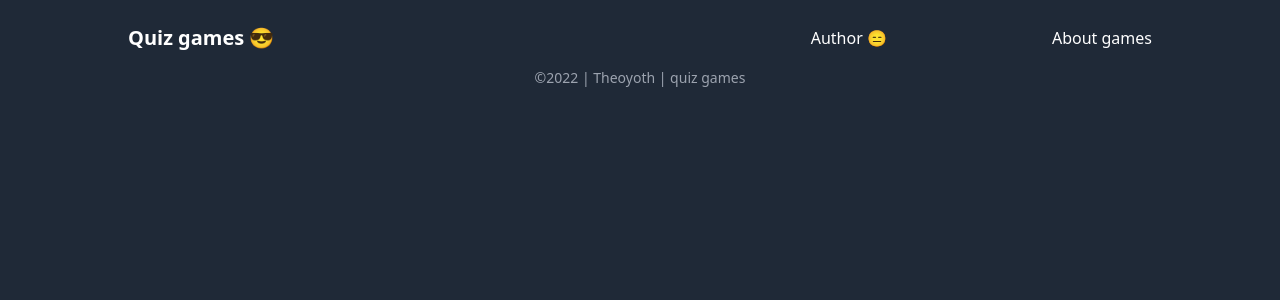
Repository: theoyoth/quiz-game
Page: /end
These files come from the project's save history. The page is drawn as it stood at one moment and after the next save; the edit follows.
The browser window is 1280 px wide. The pictures show the whole page.
The project was rebuilt for these pictures with package versions that can differ from the ones it lists, and the page was loaded fresh each time. The framework's server and built-in components were replaced by stand-ins that run in the browser. Also part of the build but not shown: nuxt.config.js, components/Loading.vue, layouts/404.vue, layouts/error.vue, layouts/errorLayout.vue. Imported but missing from the stored project, and not drawn on this page: components/EndPage.vue.

Above is the page before, as saved 2022-06-16 19:38:06.

After the next save:
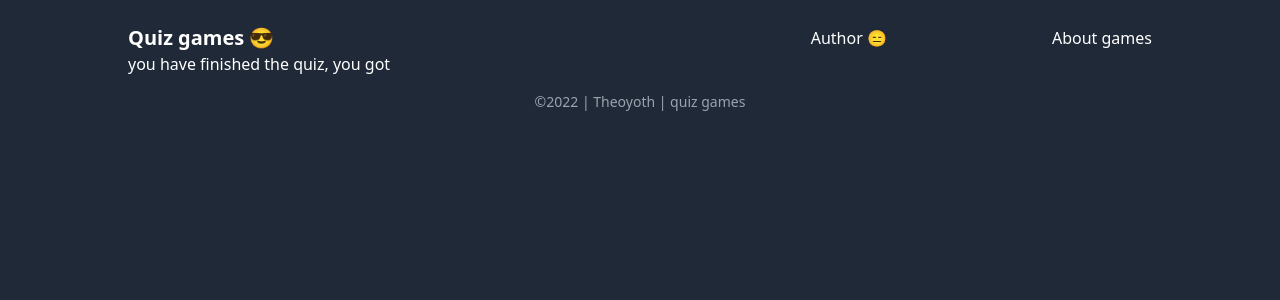
Saved 107 s later.
--- a/pages/end.vue
+++ b/pages/end.vue
@@ -1,11 +1,11 @@
 <template>
   <div>
-    <h1></h1>
+    <h1>you have finished the quiz, you got {{score}}</h1>
   </div>
 </template>
 
 <script>
 export default {
-
+  props:['score']
 }
 </script>
